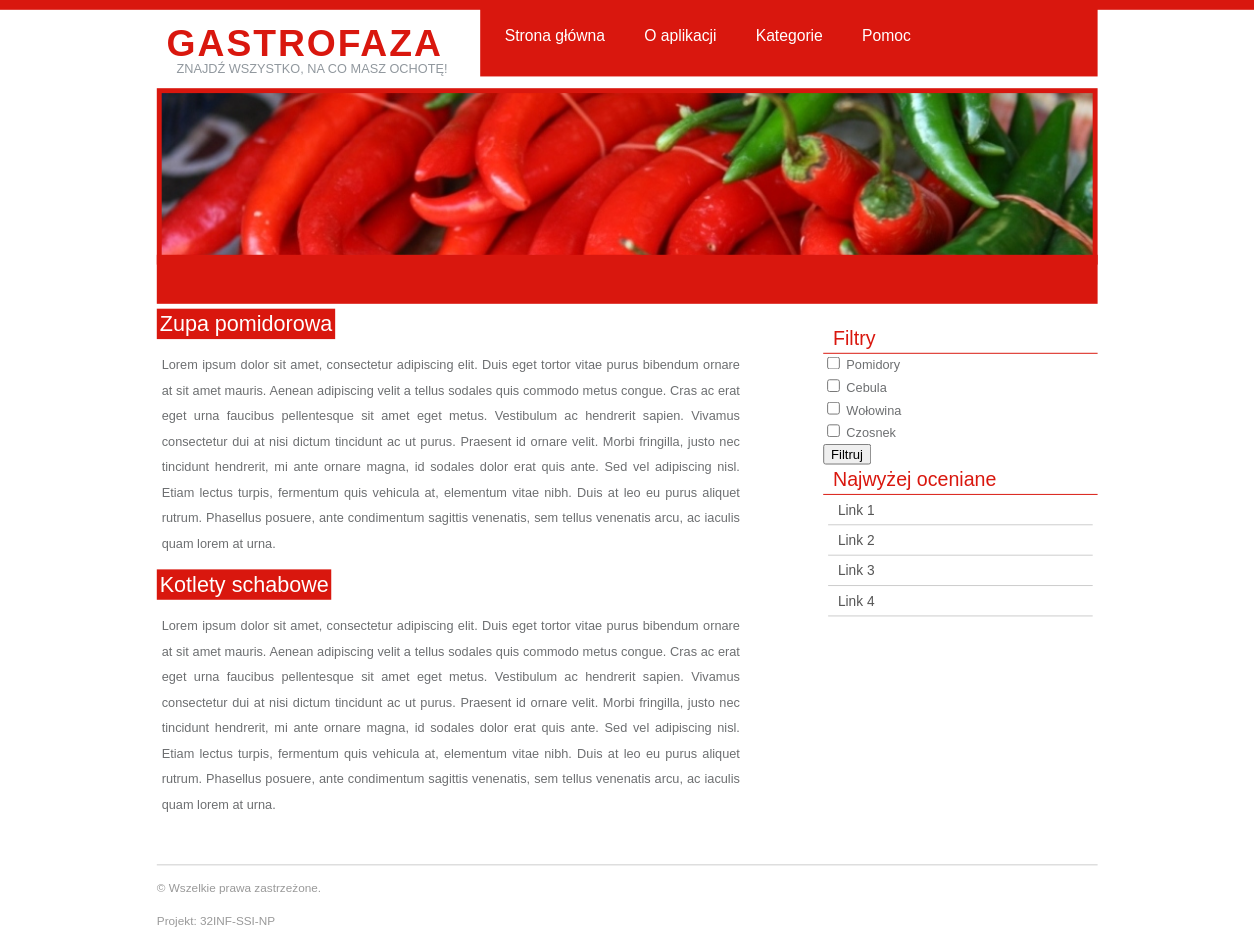
Repository: Michals1988/GroupProject
Page: index.html
An editor plug-in stored every save of this project. The page is shown before and after the next save, followed by the edit.
The browser window is 1280 px wide. The pictures show the whole page, at 98% of full size.

Above is the page before, as saved 2020-10-25 17:27:25.

After the next save:
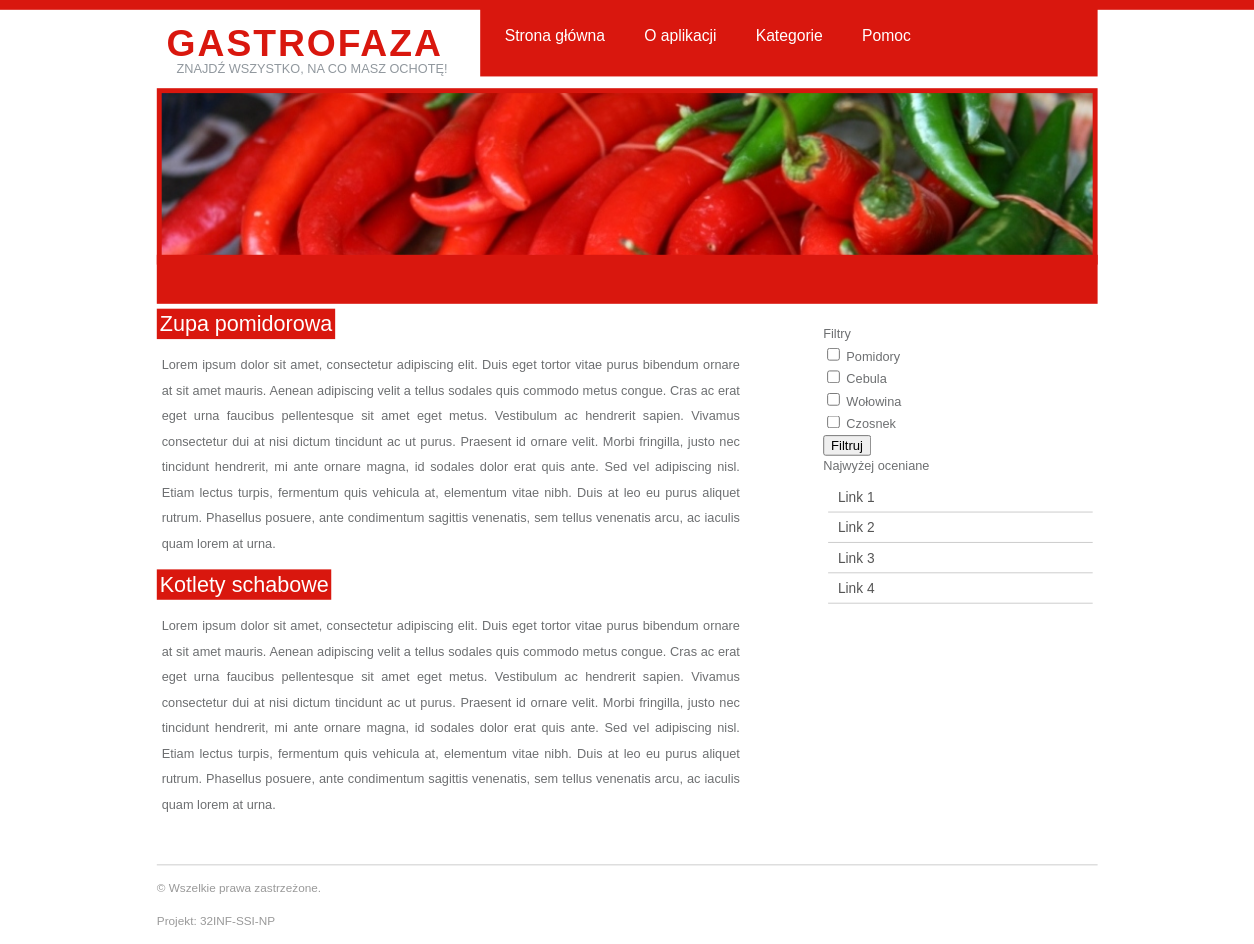
Saved 2 min 50 s later.
--- a/css/style.css
+++ b/css/style.css
@@ -210,7 +210,18 @@
 	border-radius: 5px;
 }
 
-#sidebar_title {
+#sidebar_filters {
+	width: 270px;
+	font-size: 20px;
+	font-weight: normal;
+	color: #d9170e;
+	float: left;
+	padding: 4px 0px 4px 10px;
+	border-bottom: 1px solid #d9170e;
+}
+
+#sidebar_notes {
+	margin-top: 15px;
 	width: 270px;
 	font-size: 20px;
 	font-weight: normal;

After the 2 saves that followed:
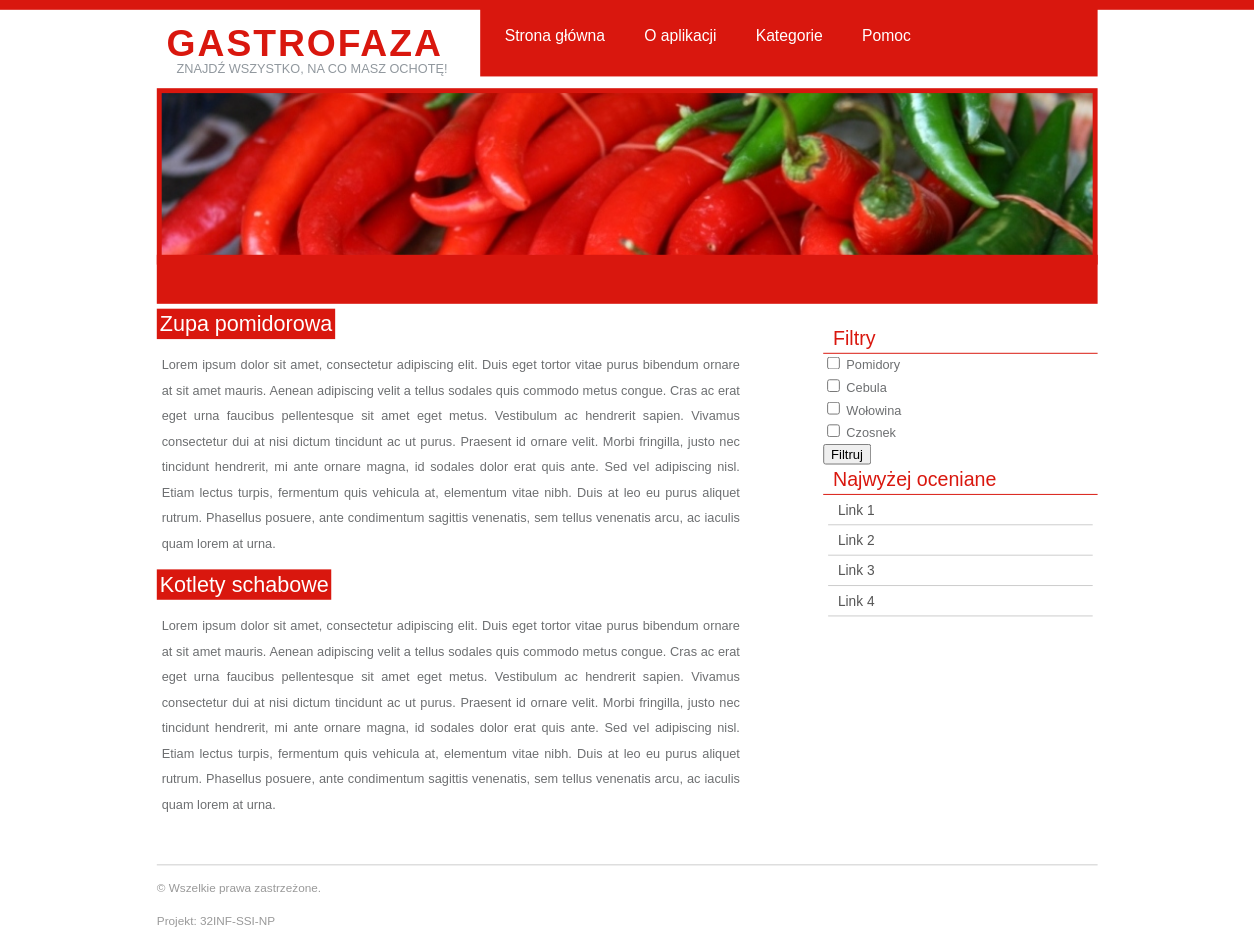
The 2 saves are shown as one change because 1 left the picture as it was.
The last was saved 82 s later.
--- a/css/style.css
+++ b/css/style.css
@@ -210,18 +210,7 @@
 	border-radius: 5px;
 }
 
-#sidebar_filters {
-	width: 270px;
-	font-size: 20px;
-	font-weight: normal;
-	color: #d9170e;
-	float: left;
-	padding: 4px 0px 4px 10px;
-	border-bottom: 1px solid #d9170e;
-}
-
-#sidebar_notes {
-	margin-top: 15px;
+#sidebar_title {
 	width: 270px;
 	font-size: 20px;
 	font-weight: normal;
